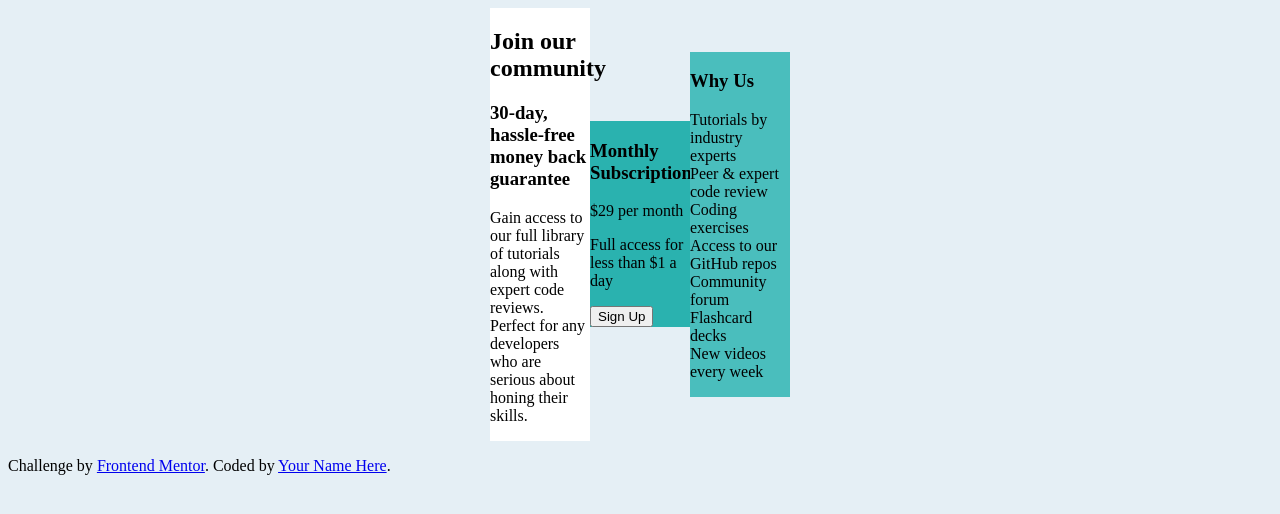
Repository: jminervino/PriceGridComponent
Page: index.html
The author's editor kept a copy of each file at every save. The page is drawn from the files as they stood at one save, then again after the next save.
The browser window is 1280 px wide. The pictures show the whole page.

Above is the page before, as saved 2022-02-07 10:53:31.

After the next save:
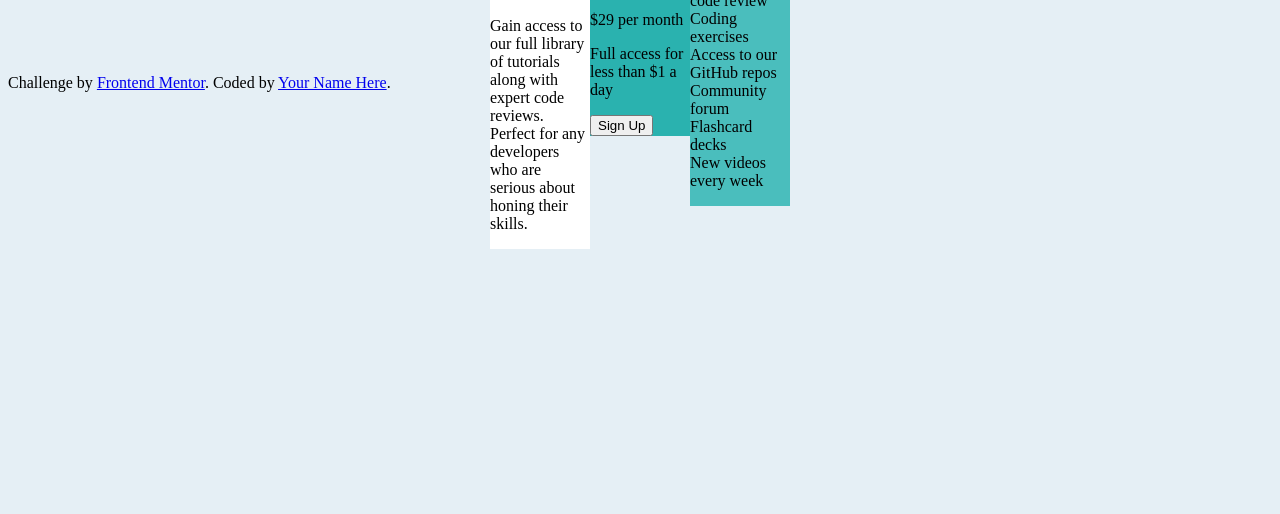
Saved 12 s later.
--- a/style.css
+++ b/style.css
@@ -10,7 +10,7 @@ body {
     justify-content: center;
     flex-direction: column;
     grid-template-columns: 100px 100px 100px;
-    grid-auto-rows: minmax(50px, auto);
+    grid-auto-rows: minmax(auto, 50px);
 
 }
 

After the save that followed:
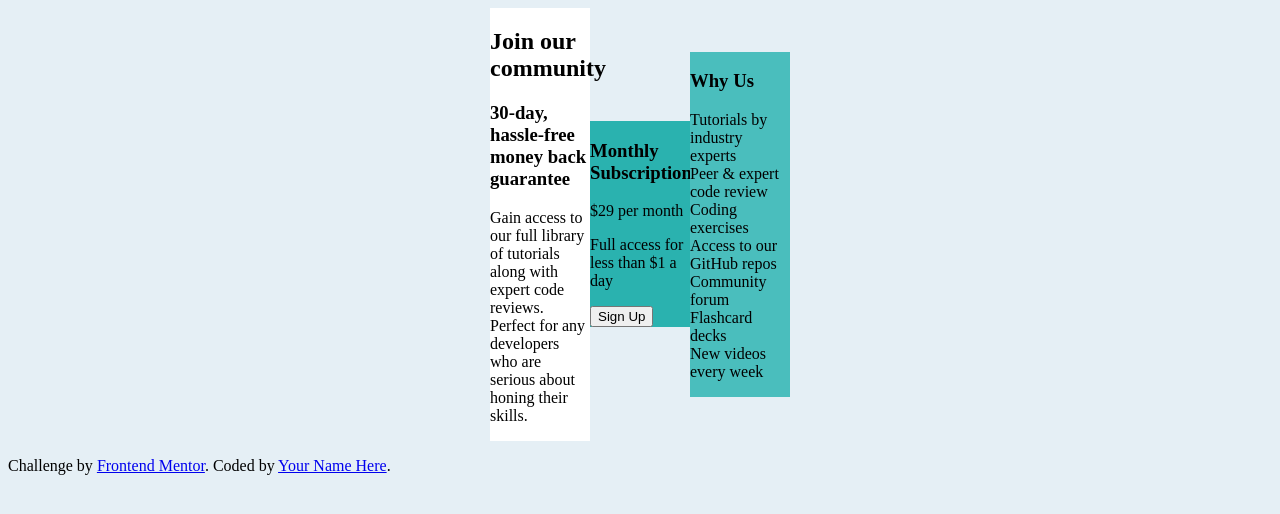
Saved 7 s later.
--- a/style.css
+++ b/style.css
@@ -10,7 +10,7 @@ body {
     justify-content: center;
     flex-direction: column;
     grid-template-columns: 100px 100px 100px;
-    grid-auto-rows: minmax(auto, 50px);
+    grid-auto-rows: minmax(auto, );
 
 }
 
